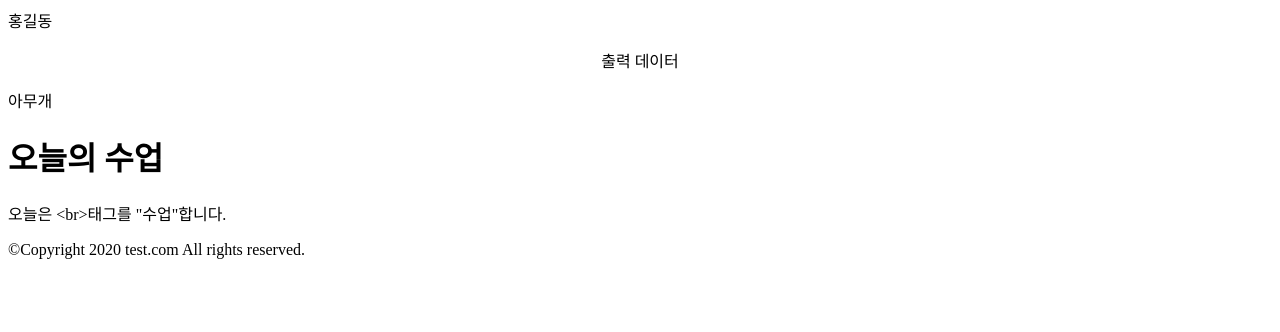
Repository: ssj5037/Class-Study
Page: [5] HTML, CSS, JavaScript/ClientTest/WebContent/Ex03_basic.html
An editor plug-in stored every save of this project. The page is shown before and after the next save, followed by the edit.
The browser window is 1280 px wide. The pictures show the whole page.

Above is the page before, as saved 2020-06-18 06:23:36.

### [5] HTML, CSS, JavaScript/ClientTest/WebContent/Ex03_basic.html
<!DOCTYPE html>
<html>
<head>
<meta charset="UTF-8">
<title>Insert title here</title>
</head>
<body>
	<!--

		Ex03_basic.html
		클라이언트 측 프로그래밍, Client-side Programming
		프론트엔드 프로그래밍, Front-end Programming
		- 브라우저에서 동작하는 언어(기술)
		1. HTML
			- 역할: 출력 내용을 만든다.
		2. CSS
			- 역할: 1번 결과물 + 서식을 적용한다.
		3. JavaScript
			- 역할: 1번 or 2번 결과물 + 프로그램을 적용한다.

		서버 측 프로그래밍, Server-side Programming
		백엔드 프로그래밍, Back-end Programming
		1. 자바
		2. 오라클
		3. JDBC
		4. Servlet/JSP/Spring/MyBatis

		풀스택 개발자(Full Stack 개발자)


		HTML 구성 요소
		1. 태그(Tag), 엘리먼드(Element)
			- 예약어를 <>로 묶어 놓은 요소
			- HTML 명령어
			- 문서의 골격 형성(요소 배치 + 레이아웃)
				a. 의미상 골격
				b. 출력상 골격

			A. 태그의 표현 혀식
				a. 쌍태그: <태그명></태그명>
					- <태그명>: 시작 태그
					- </태그명>: 끝 태그
					- 자신의 영역을 가진다.({} 역할)
				b. 단독태그: <태그명> or <태그명 />(XHTML)
					- 빈태그, 단독태그, Empty Element, Empty Tag
					- 자신의 영역을 가지지 않는다.

			B. 태그 내용의 형식, Content Type
				- <시작태그>내용물</끝태그>
				a. 자식태그
					- 또 다른 태그만 내용물로 가질 수 있다.
					- <a>
						<b>
						</b>
					  </a>
					ex) <html>

				b. PCDATA(=문자열)
					- <시작태그>문자열</끝태그>
					- 문자열만 가질 수 있다.
					- 자식태그는 가질 수 없다.
					ex) <title>
				c. Empty
					- 아무것도 가질 수 없다.
					- <시작태그></끝태그>
					- 단독태그, 빈태그

				d. Mixed, 혼합형
					- a + b + c 자유롭게 가질 수 있다.
					- HTML의 태그는 이 타입이 가장 많다.
					ex) <body>

		2. 속성(Attribute)
			- 태그의 성질을 정의하는 역할
			- 태그가 가지는 데이터의 한 종류
			- 속성이 가지는 데이터(CDATA) (Parsing을 하지 않은 것)
			- 표기법
				a. <시작태그 속성명 = "값"></시작태그>
				b. <시작태그 속성명 = '값'></시작태그>
				c. <시작태그 속성명 = 값></시작태그>	//사용 금지!!
					<시작태그 속성명="a">
					<시작태그 속성명="b">
					<시작태그 속성명="a b"> // a + b
					<시작태그 속성명=a b> : b를 인식을 하지 못함
				d. <시작태그 속성명 = "값" 속성명 = "값" 속성명 = "값"></시작태그>
				e. <단독태그 속성명 = "값">
				f. <단독태그 속성명 = '값'>

		3. 텍스트(PCDATA, Parsed Character Data)
			- 태그가 가지는 데이터의 한 종류
			- 역할: 화면에 출력되는 데이터

		4. 엔티티(Entity)
			- 미리 정해져있는 표기법을 사용해서 브라우저가 약속된 출력 내용으로 바꿔서 출력하는 구성 요소
			- Built-in Entity
			- &엔티티명;
			- &nbsp; > 공백
			- &lt; > (less than)왼쪽 꺽쇠 <
			- &gt; > (greater than)오른쪽 꺽쇠 >
			- &quot; > 쌍따옴표
			- &apos; > 홑따옴표
			- &amp; > &
			- &copy

		5. 주석(Comment)
		6. 선언문(Declaration)
		7. 외부 요소
		8. 등등..

	 -->

	 홍길동
	 <p align="center">출력 데이터</p>
	 아무개

	 <h1>오늘의 수업</h1>

	 <p>오늘은 &lt;br&gt;태그를 "수업"합니다.</p>

	 <p>&copy;Copyright 2020 test.com All rights reserved.</p>

</body>
</html>

After the next save:
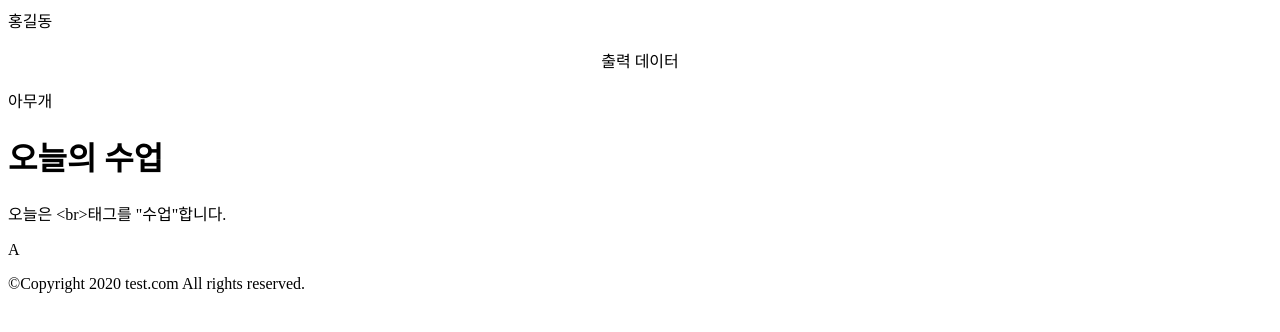
Saved 83 s later.
--- a/[5] HTML, CSS, JavaScript/ClientTest/WebContent/Ex03_basic.html
+++ b/[5] HTML, CSS, JavaScript/ClientTest/WebContent/Ex03_basic.html
@@ -100,7 +100,8 @@
 			- &quot; > 쌍따옴표
 			- &apos; > 홑따옴표
 			- &amp; > &
-			- &copy
+			- &copy;
+			- &#문자코드;
 
 		5. 주석(Comment)
 		6. 선언문(Declaration)
@@ -117,6 +118,8 @@
 
 	 <p>오늘은 &lt;br&gt;태그를 "수업"합니다.</p>
 
+	 <p>&#65</p>
+
 	 <p>&copy;Copyright 2020 test.com All rights reserved.</p>
 
 </body>
